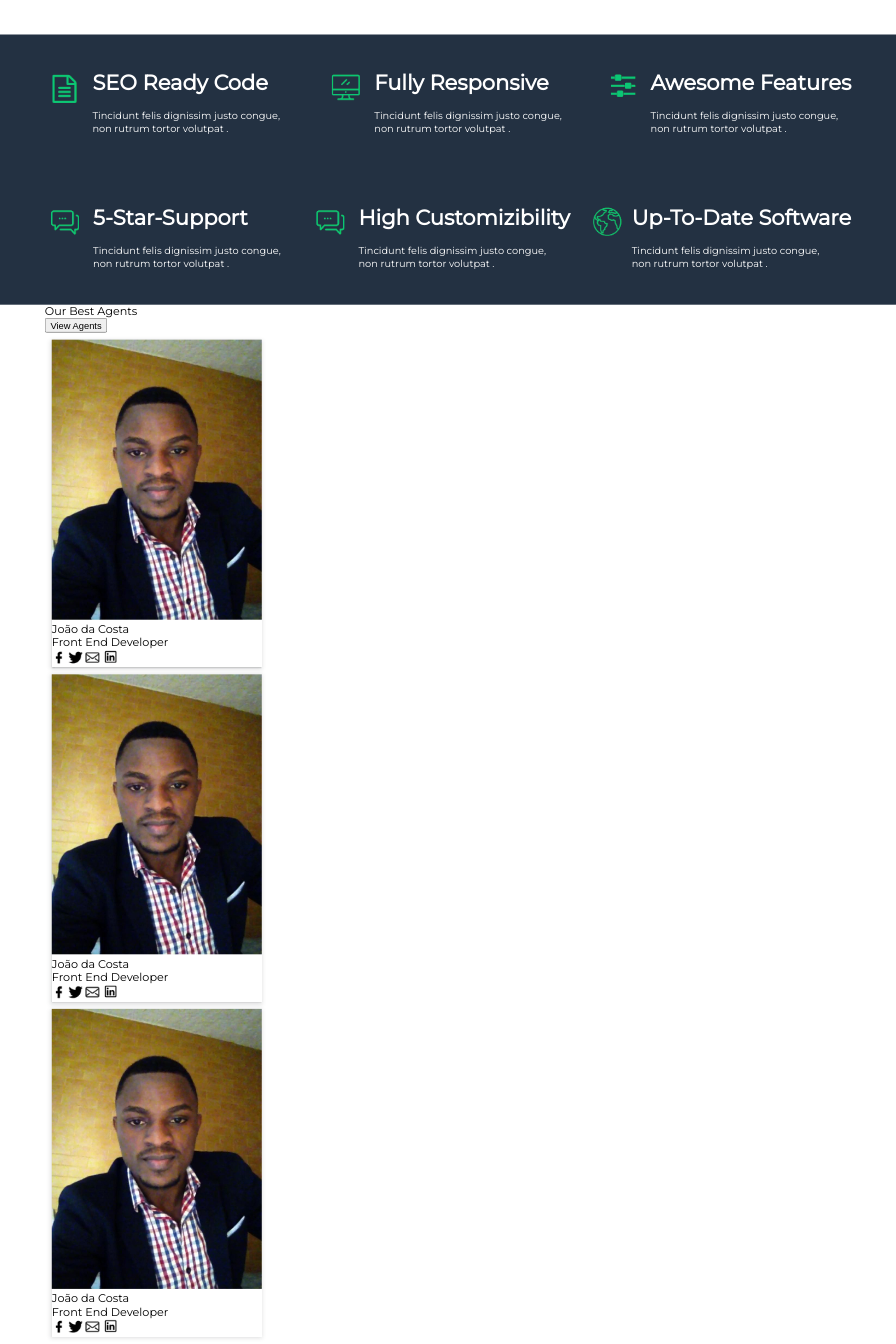
Repository: Yowani24/Real-Estate2
Page: index.html
These files come from the project's save history. The page is drawn as it stood at one moment and after the next save; the edit follows.
The browser window is 1280 px wide. The pictures show the part of the page from y = 1325 to 3245 px (the page is 3245 px tall), at 70% of full size.
Some web fonts or font styles are not loaded; a fallback is used.

Above is the page before, as saved 2021-08-27 15:08:10.

After the next save:
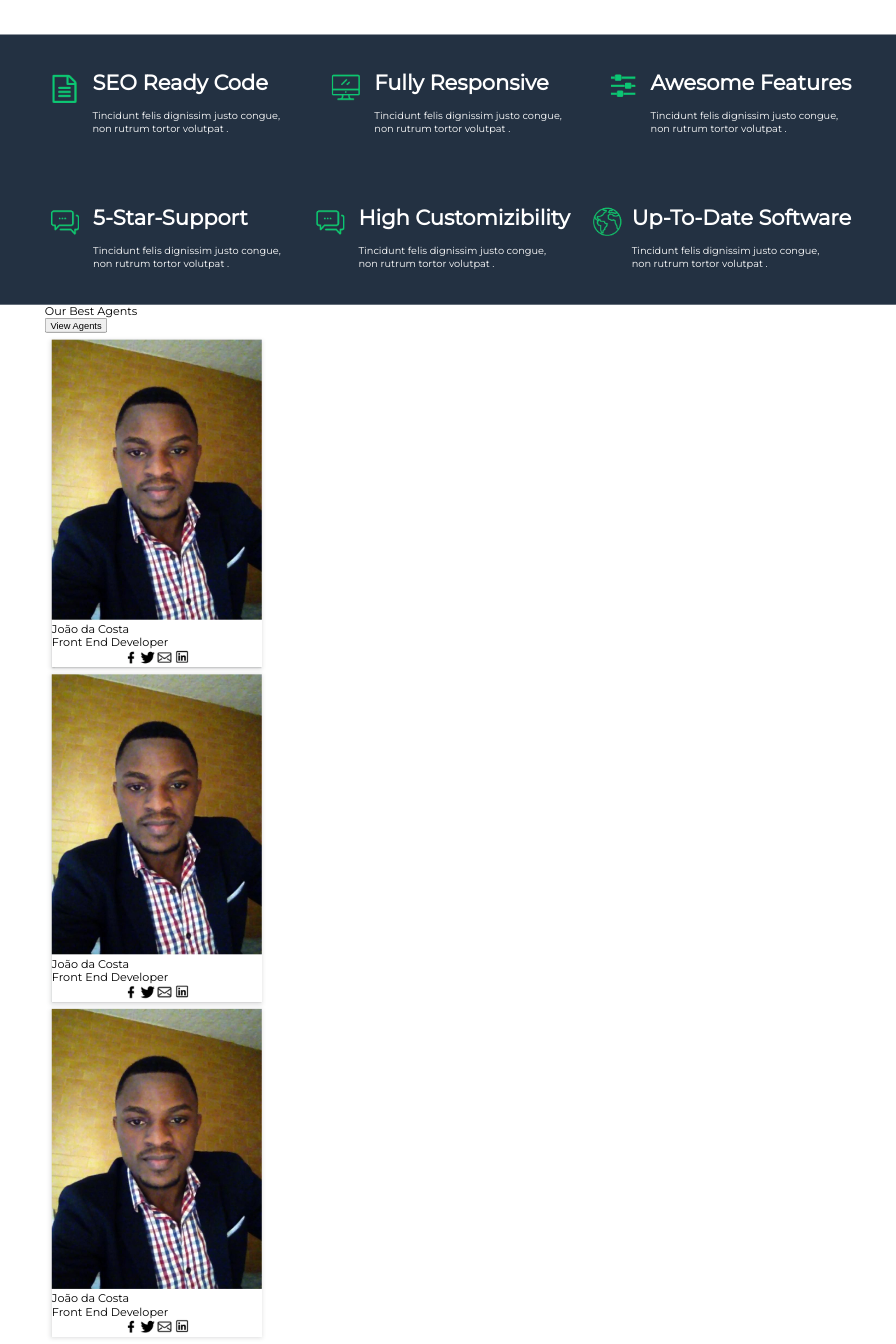
Saved 73 s later.
--- a/styles.css
+++ b/styles.css
@@ -205,3 +205,6 @@ Header .menu nav a{
 .agents_image_box img{
     width: 100%;
 }
+.agents_social{
+    text-align: center;
+}
